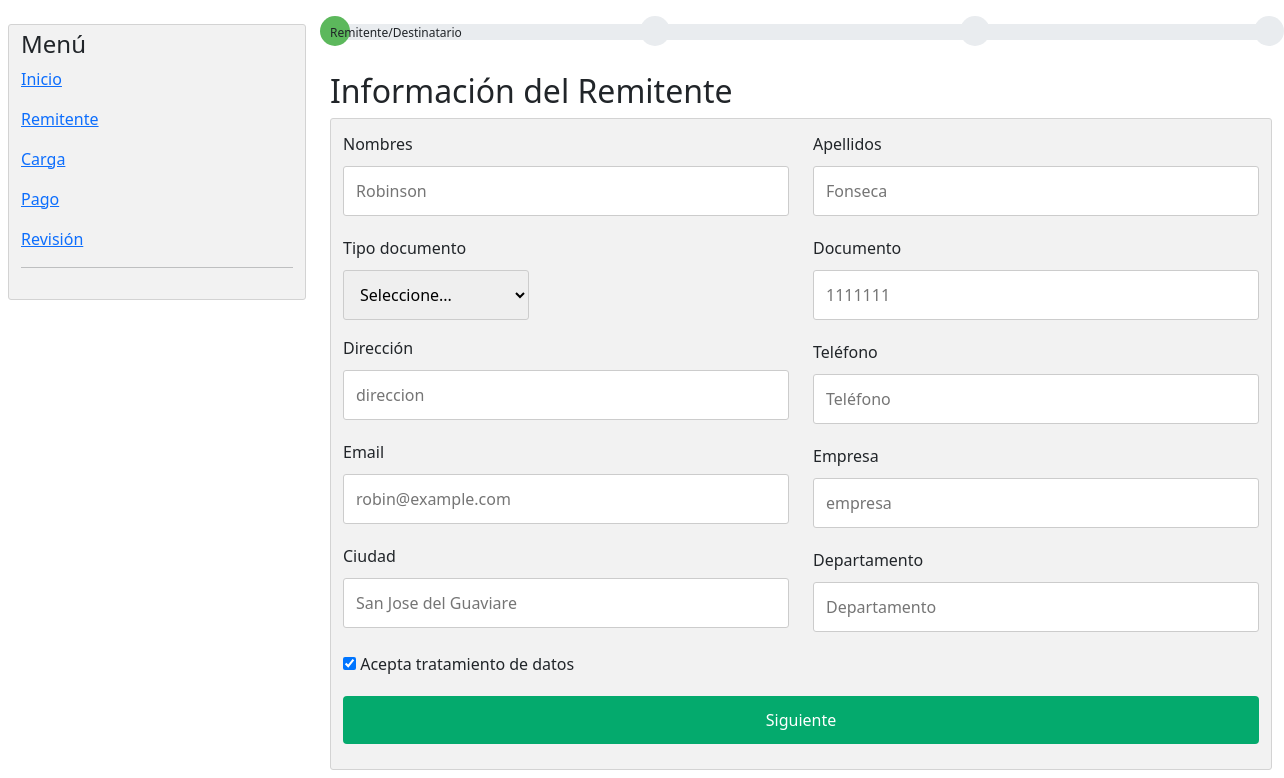
Repository: SennovaFluvial/Trasnfluvial
Page: appFluvial/templates/card1.html
These files come from the project's save history. The page is drawn as it stood at one moment and after the next save; the edit follows.
The browser window is 1280 px wide. The page is 1284 px wide, so the pictures cover 1284 px, including what lies to the right of the window. The pictures show the whole page.
The template is drawn by Django 3.2. The application's start-up code is not run. Other server files are loaded and not shown. The template is opened directly, without the code that normally fills it, so the values that code supplies are empty.

Above is the page before, as saved 2023-10-18 23:04:49.

### appFluvial/templates/card1.html
<!DOCTYPE html>
<html>
<head>
<meta name="viewport" content="width=device-width, initial-scale=1">
<!--link rel="stylesheet" href="https://cdnjs.cloudflare.com/ajax/libs/font-awesome/4.7.0/css/font-awesome.min.css"-->
<style>
body {
  font-family: Arial;
  font-size: 17px;
  padding: 8px;
}

* {
  box-sizing: border-box;
}

.row {
  display: -ms-flexbox; /* IE10 */
  display: flex;
  -ms-flex-wrap: wrap; /* IE10 */
  flex-wrap: wrap;
  margin: 0 -16px;
}

.col-25 {
  -ms-flex: 25%; /* IE10 */
  flex: 25%;
}

.col-50 {
  -ms-flex: 50%; /* IE10 */
  flex: 50%;
}

.col-75 {
  -ms-flex: 75%; /* IE10 */
  flex: 75%;
}

.col-25,
.col-50,
.col-75 {
  padding: 0 16px;
}

.container {
  background-color: #f2f2f2;
  padding: 5px 20px 15px 20px;
  border: 1px solid lightgrey;
  border-radius: 3px;
}

input[type=text], select {
  width: 100%;
  margin-bottom: 20px;
  padding: 12px;
  border: 1px solid #ccc;
  border-radius: 3px;
}

input[type=submit] {
  background-color: #04AA6D;
  color: white;
  padding: 12px 20px;
  border: none;
  border-radius: 4px;
  cursor: pointer;
}

input[type=submit]:hover {
  background-color: #45a049;
}

label {
  margin-bottom: 10px;
  display: block;
}

.icon-container {
  margin-bottom: 20px;
  padding: 7px 0;
  font-size: 24px;
}

.btn {
  background-color: #04AA6D;
  color: white;
  padding: 12px;
  margin: 10px 0;
  border: none;
  width: 100%;
  border-radius: 3px;
  cursor: pointer;
  font-size: 17px;
}

.btn:hover {
  background-color: #45a049;
}

a {
  color: #2196F3;
}

hr {
  border: 1px solid lightgrey;
}

span.price {
  float: right;
  color: grey;
}

/* Responsive layout - when the screen is less than 800px wide, make the two columns stack on top of each other instead of next to each other (also change the direction - make the "cart" column go on top) */
@media (max-width: 800px) {
  .row {
    flex-direction: column-reverse;
  }
  .col-25 {
    margin-bottom: 20px;
  }
}

</style>
<style>
  .one, .two, .three, .four{
    position:absolute;
    margin-top: -8px;
    z-index:1;
    height:30px;
    width:30px;
    border-radius:20px;
}
.one{
	left:25%;
}
.two{
	left:50%;
}
.three{
	left:75%;
}
.four{
	left:98%;
}
.primary-color{
	background-color:#4989bd;
}
.success-color{
	background-color:#5cb85c;
}
.info-color{
	background-color:#5bc0de;
}
.no-color{
	background-color:inherit;
}

</style>

<link rel="stylesheet" href="https://cdn.jsdelivr.net/npm/bootstrap@5.2.3/dist/css/bootstrap.min.css" integrity="sha384-rbsA2VBKQhggwzxH7pPCaAqO46MgnOM80zW1RWuH61DGLwZJEdK2Kadq2F9CUG65" crossorigin="anonymous">
<script src="https://cdn.jsdelivr.net/npm/bootstrap@5.2.3/dist/js/bootstrap.min.js" integrity="sha384-cuYeSxntonz0PPNlHhBs68uyIAVpIIOZZ5JqeqvYYIcEL727kskC66kF92t6Xl2V" crossorigin="anonymous"></script>

</head>
<body>

<p></p>
<div class="row">

  <div class="col-25">

    <div class="container">
      <h4>Menú <span class="price" style="color:black"><i class="fa fa-shopping-cart"></i> <b></b></span></h4>
      <p><a href="../">Inicio</a> <span class="price"> </span></p>
      <p><a href="../card/1/remitente">Remitente</a> <span class="price">  </span></p>
      <p><a href="../card/2/carga">Carga</a> <span class="price"> </span></p>
      <p><a href="../card/3/pago">Pago</a> <span class="price"> </span></p>
      <p><a href="../card/1/revision">Revisión</a> <span class="price"> </span></p>
      <hr>
      <!--p>Total <span class="price" style="color:black"><b>$30</b></span></p-->
    </div>
  </div>


  <div class="col-75">
    <!--  ****************************************BEGIN************************************************ -->
    <div class="container_">
      <div class="row"><br />
        <div class="col-md-12">
        <div class="progress">
            <div class="one success-color"></div>
            <label for="one" style=" position: adsolute; top: -50px; z-index: 1; ">Remitente/Destinatario</label>
            <div class="two no-color"></div>
            <div class="three no-color"></div>
            <div class="four no-color"></div>
            <div class="progress-bar progress-bar-success" style="width: 0%"></div>
        </div>

      </div>
      </div>
    </div>
    <br>
    <!-- -*****************************************END**********************************************-->

    <h2>Información del Remitente</h2>
    <div class="container">
      <form action="/action_page.php">

        <div class="row">
          <div class="col-50">
            <h3>  </h3>
            <label for="fname"><i class="fa fa-user"></i> Nombres</label>
            <input type="text" id="fname" name="firstname" placeholder="Robinson">
            <div class="col-md-5 mb-3">
                <label for="tipodocumento">Tipo documento</label>
                <select class="custom-select d-block w-100" id="tipodocumento" required="">
                  <option value="">Seleccione...</option>
                  <option>CC</option>
                  <option>CE</option>
                  <option>Pasaporte</option>
                </select>
            </div>

            <label for="adr"><i class="fa fa-address-card-o"></i> Dirección</label>
            <input type="text" id="adr" name="address" placeholder="direccion">
            <label for="email"><i class="fa fa-envelope"></i> Email</label>
            <input type="text" id="email" name="email" placeholder="robin@example.com">
            <label for="city"><i class="fa fa-institution"></i> Ciudad</label>
            <input type="text" id="city" name="city" placeholder="San Jose del Guaviare">

          </div>

          <div class="col-50">
            <h3>  </h3>
            <label for="apellidos">Apellidos</label>
            <input type="text" id="apellidos" name="apellidos" placeholder="Fonseca">
            <label for="documento">Documento</label>
            <input type="text" id="documento" name="documento" placeholder="1111111">
            <label for="telefono">Teléfono</label>
            <input type="text" id="telefono" name="telefono" placeholder="Teléfono">
            <label for="empresa">Empresa</label>
            <input type="text" id="empresa" name="empresa" placeholder="empresa">
            <label for="dep">Departamento</label>
            <input type="text" id="dep" name="departamento" placeholder="Departamento">
            <!--div class="row">
              <div class="col-50">
                <label for="expyear">Exp Year</label>
                <input type="text" id="expyear" name="expyear" placeholder="2018">
              </div>
              <div class="col-50">
                <label for="cvv">CVV</label>
                <input type="text" id="cvv" name="cvv" placeholder="352">
              </div>
            </div-->
          </div>

        </div>
        <label>
          <input type="checkbox" checked="checked" name="sameadr"> Acepta tratamiento de datos
        </label>
        <input type="submit" value="Siguiente" class="btn small">
      </form>
    </div>
  </div>
  <!--div class="col-25">
    <div class="container">
      <h4>Cart <span class="price" style="color:black"><i class="fa fa-shopping-cart"></i> <b>4</b></span></h4>
      <p><a href="#">Product 1</a> <span class="price">$15</span></p>
      <p><a href="#">Product 2</a> <span class="price">$5</span></p>
      <p><a href="#">Product 3</a> <span class="price">$8</span></p>
      <p><a href="#">Product 4</a> <span class="price">$2</span></p>
      <hr>
      <p>Total <span class="price" style="color:black"><b>$30</b></span></p>
    </div>
  </div-->
</div>

</body>
</html>

After the next save:
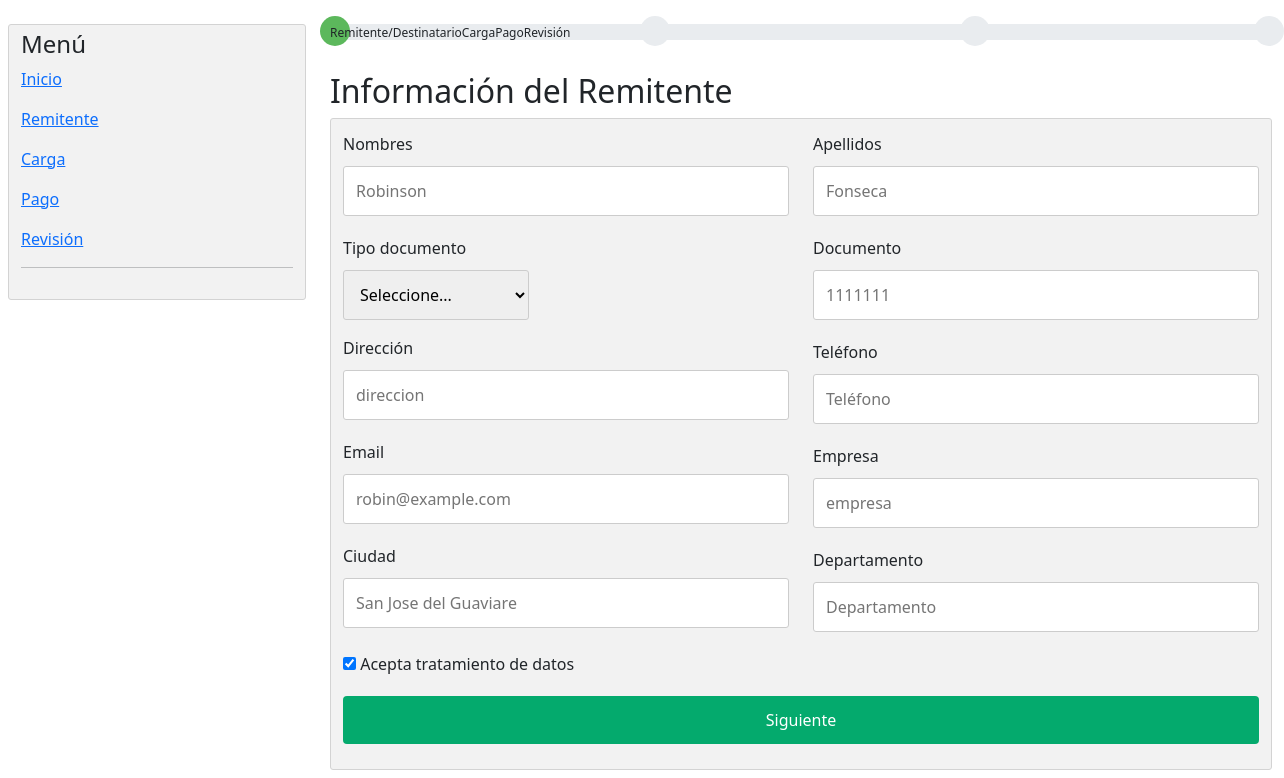
Saved 2 min 5 s later.
--- a/appFluvial/templates/card1.html
+++ b/appFluvial/templates/card1.html
@@ -191,8 +191,11 @@ span.price {
             <div class="one success-color"></div>
             <label for="one" style=" position: adsolute; top: -50px; z-index: 1; ">Remitente/Destinatario</label>
             <div class="two no-color"></div>
+            <label for="two" style=" position: adsolute; top: -50px; z-index: 1; ">Carga</label>
             <div class="three no-color"></div>
+            <label for="three" style=" position: adsolute; top: -50px; z-index: 1; ">Pago</label>
             <div class="four no-color"></div>
+            <label for="four" style=" position: adsolute; top: -50px; z-index: 1; ">Revisión</label>
             <div class="progress-bar progress-bar-success" style="width: 0%"></div>
         </div>
 
